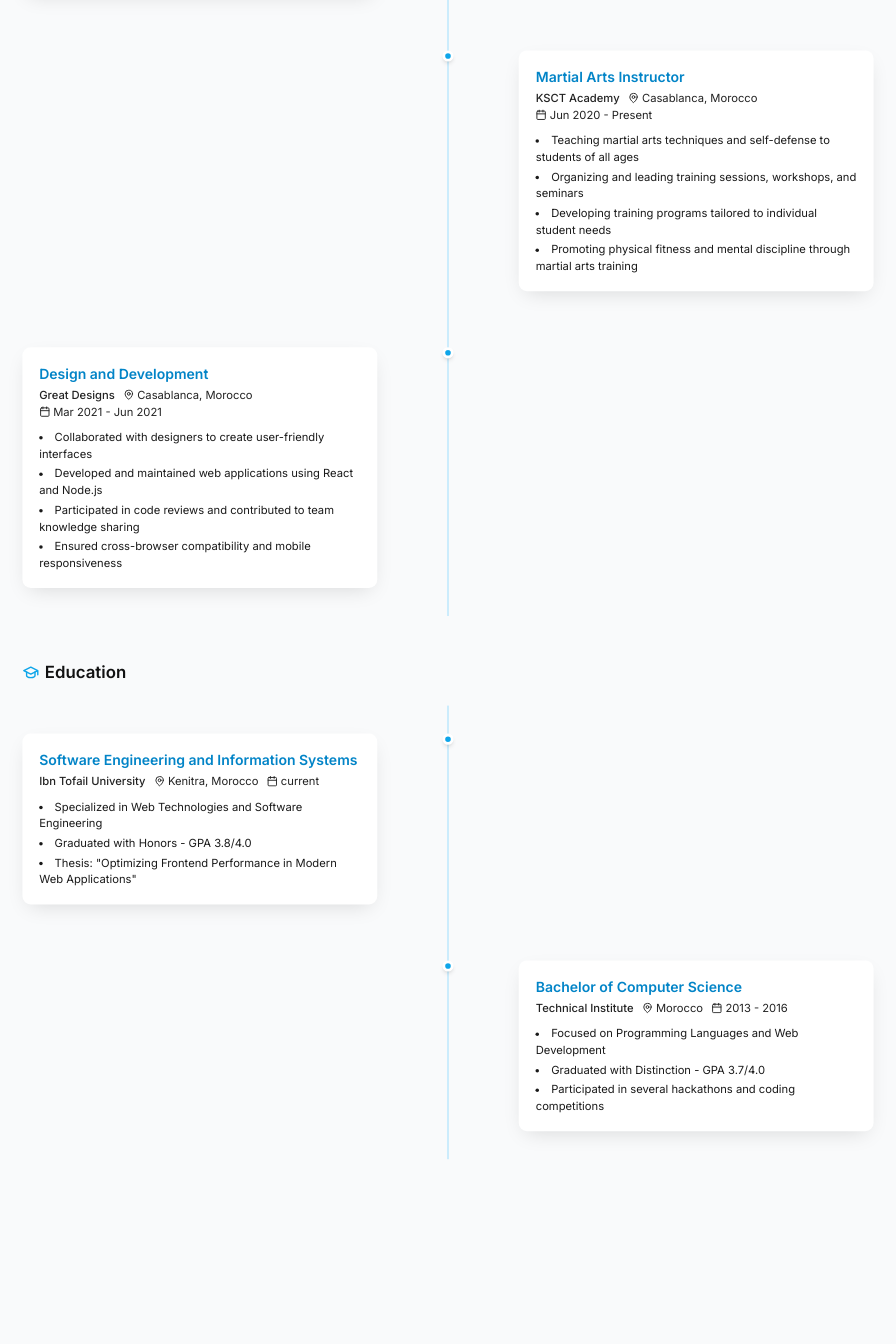
Repository: Abdelilah-Lakrim/Personal_Portfolio
Page: /
The author's editor kept a copy of each file at every save. The page is drawn from the files as they stood at one save, then again after a run of saves.
The browser window is 1280 px wide. The pictures show the part of the page from y = 4580 to 6500 px (the page is 7929 px tall before and 7905 px after), at 70% of full size.
The project was rebuilt for these pictures with package versions that can differ from the ones it lists, and the page was loaded fresh each time. Also part of the build but not shown: vite.config.ts.

Above is the page before, as saved 2025-05-21 12:50:34.

### index.html
<!doctype html>
<html lang="en">
  <head>
    <meta charset="UTF-8" />
    <link rel="icon" type="image/svg+xml" href="/favicon.svg" />
    <meta name="viewport" content="width=device-width, initial-scale=1.0" />
    <meta name="description" content="Abdelilah Lakrim - Full Stack Developer Portfolio">
    <title>Abdelilah Lakrim | Full Stack Developer</title>
  </head>
  <body>
    <div id="root"></div>
    <script type="module" src="/src/main.tsx"></script>
  </body>
</html>

### src/App.tsx
import React, { useEffect, useState } from 'react';
import Header from './components/Header';
import Hero from './components/Hero';
import About from './components/About';
import Projects from './components/Projects';
import Experience from './components/Experience';
import Skills from './components/Skills';
import Contact from './components/Contact';
import Footer from './components/Footer';
import Cursor from './components/Cursor';
import ScrollToTop from './components/ScrollToTop';

// Import smooth scrolling
import Lenis from '@studio-freight/lenis';

function App() {
  const [mounted, setMounted] = useState(false);

  useEffect(() => {
    // Initialize smooth scrolling
    const lenis = new Lenis({
      duration: 1.2,
      easing: (t) => Math.min(1, 1.001 - Math.pow(2, -10 * t)),
      orientation: 'vertical',
      gestureOrientation: 'vertical',
      smoothWheel: true,
      smoothTouch: false,
      touchMultiplier: 2,
    });

    function raf(time: number) {
      lenis.raf(time);
      requestAnimationFrame(raf);
    }

    requestAnimationFrame(raf);

    // Add intersection observer for animation on scroll
    const observer = new IntersectionObserver(
      (entries) => {
        entries.forEach((entry) => {
          if (entry.isIntersecting) {
            entry.target.classList.add('animate-visible');
          }
        });
      },
      { threshold: 0.1 }
    );

    const hiddenElements = document.querySelectorAll('.animate-hidden');
    hiddenElements.forEach((el) => observer.observe(el));

    setMounted(true);

    return () => {
      // Cleanup
      hiddenElements.forEach((el) => observer.unobserve(el));
    };
  }, []);

  return (
    <div className="hidden-cursor min-h-screen bg-gray-50">
      {mounted && <Cursor />}
      <Header />
      <main>
        <Hero />
        <About />
        <Skills />
        <Projects />
        <Experience />
        <Contact />
      </main>
      <Footer />
      <ScrollToTop />
    </div>
  );
}

export default App;

### src/index.css
@import url('https://fonts.googleapis.com/css2?family=Inter:wght@300;400;500;600;700&family=Poppins:wght@500;600;700&display=swap');

@tailwind base;
@tailwind components;
@tailwind utilities;

:root {
  --cursor-color: rgba(14, 165, 233, 0.7);
}

* {
  margin: 0;
  padding: 0;
  box-sizing: border-box;
  scroll-behavior: smooth;
}

body {
  @apply bg-gray-50 text-dark-800 font-sans overflow-x-hidden;
}

/* Custom cursor styles */
.custom-cursor {
  position: fixed;
  width: 20px;
  height: 20px;
  border-radius: 50%;
  background-color: var(--cursor-color);
  transform: translate(-50%, -50%);
  pointer-events: none;
  z-index: 9999;
  mix-blend-mode: difference;
  transition: transform 0.2s ease-out, opacity 0.2s ease-out, width 0.2s ease-out, height 0.2s ease-out;
}

.custom-cursor.hover {
  width: 50px;
  height: 50px;
  opacity: 0.5;
}

.hidden-cursor {
  cursor: none;
}

/* Custom scrollbar */
::-webkit-scrollbar {
  width: 8px;
}

::-webkit-scrollbar-track {
  @apply bg-gray-100;
}

::-webkit-scrollbar-thumb {
  @apply bg-primary-500 rounded-full;
}

::-webkit-scrollbar-thumb:hover {
  @apply bg-primary-600;
}

/* Section styles */
.section-container {
  @apply max-w-7xl mx-auto px-4 sm:px-6 lg:px-8 py-20;
}

.section-title {
  @apply text-3xl md:text-4xl lg:text-5xl font-bold font-heading mb-8 text-dark-800 relative;
}

.section-title::after {
  content: '';
  @apply absolute bottom-0 left-0 w-24 h-1 bg-primary-500 mt-2 rounded-full;
}

/* Button styles */
.btn-primary {
  @apply px-6 py-3 bg-primary-500 text-white font-medium rounded-md shadow-md hover:bg-primary-600 transition-all duration-300 transform hover:-translate-y-1 focus:outline-none focus:ring-2 focus:ring-primary-400 focus:ring-opacity-50;
}

.btn-secondary {
  @apply px-6 py-3 bg-transparent border-2 border-primary-500 text-primary-500 font-medium rounded-md shadow-md hover:bg-primary-50 transition-all duration-300 transform hover:-translate-y-1 focus:outline-none focus:ring-2 focus:ring-primary-400 focus:ring-opacity-50;
}

/* 3D card effect */
.tilt-card {
  @apply relative overflow-hidden rounded-xl shadow-smooth bg-white p-6 transition-all duration-300 hover:shadow-neon;
  transform-style: preserve-3d;
  transform: perspective(1000px);
}

.skill-bar {
  @apply h-2 rounded-full bg-gray-200 overflow-hidden mt-2;
}

.skill-progress {
  @apply h-full bg-primary-500 rounded-full;
  transition: width 1.5s ease-in-out;
}

/* Animation classes */
.animate-hidden {
  opacity: 0;
  transform: translateY(30px);
}

.animate-visible {
  opacity: 1;
  transform: translateY(0);
  transition: opacity 0.8s ease, transform 0.8s ease;
}

/* Project card styles */
.project-card {
  @apply relative overflow-hidden rounded-xl shadow-smooth transition-all duration-300;
  transform-style: preserve-3d;
  transform: perspective(1000px);
}

.project-card img {
  @apply transition-all duration-500;
}

.project-card:hover img {
  @apply scale-105;
}

.project-card-content {
  @apply absolute inset-0 p-6 flex flex-col justify-end bg-gradient-to-t from-dark-900/80 to-transparent text-white opacity-0 transition-all duration-300;
}

.project-card:hover .project-card-content {
  @apply opacity-100;
}

/* Timeline styles */
.timeline-container {
  @apply relative;
}

.timeline-container::before {
  content: '';
  @apply absolute left-0 md:left-1/2 h-full w-0.5 bg-primary-200 transform md:-translate-x-1/2;
}

.timeline-item {
  @apply relative pt-10 pb-10;
}

.timeline-dot {
  @apply absolute left-0 md:left-1/2 w-4 h-4 rounded-full bg-primary-500 border-4 border-white shadow-md transform md:-translate-x-1/2 z-10;
}

.timeline-content {
  @apply ml-6 md:ml-0 md:w-5/12 p-6 bg-white rounded-xl shadow-smooth transition-all duration-300 hover:shadow-neon;
}

.timeline-item:nth-child(even) .timeline-content {
  @apply md:ml-auto md:mr-0;
}

.timeline-item:nth-child(odd) .timeline-content {
  @apply md:mr-auto md:ml-0;
}

### src/components/About.tsx
import React from 'react';
import { motion } from 'framer-motion';
import { Code, PaintBucket, Smartphone, Globe } from 'lucide-react';
import { Tilt } from 'react-tilt';

const tiltOptions = {
  max: 15,
  scale: 1.05,
  speed: 1000,
  glare: true,
  "max-glare": 0.1,
};

const About: React.FC = () => {
  const services = [
    {
      title: 'Web Development',
      icon: <Code className="w-10 h-10 text-primary-500" />,
      description:
        'Custom websites with clean code and modern frameworks. Specializing in React, Vue, and Node.js.',
    },
    {
      title: 'UI/UX Design',
      icon: <PaintBucket className="w-10 h-10 text-primary-500" />,
      description:
        'Creative designs that focus on user experience. Wireframing, prototyping, and implementing beautiful interfaces.',
    },
    {
      title: 'Mobile Development',
      icon: <Smartphone className="w-10 h-10 text-primary-500" />,
      description:
        'Native and cross-platform mobile apps for iOS and Android using React Native and Flutter.',
    },
    {
      title: 'E-Commerce Solutions',
      icon: <Globe className="w-10 h-10 text-primary-500" />,
      description:
        'Complete online shopping experiences from product catalogs to secure payment integrations.',
    },
  ];

  return (
    <section id="about" className="py-20">
      <div className="section-container">
        <motion.div
          initial={{ opacity: 0, y: 20 }}
          whileInView={{ opacity: 1, y: 0 }}
          viewport={{ once: true }}
          transition={{ duration: 0.8 }}
          className="animate-hidden"
        >
          <h2 className="section-title">About Me</h2>
          <div className="grid grid-cols-1 lg:grid-cols-2 gap-12 items-center">
            {/* About content */}
            <div>
              <p className="text-lg text-dark-700 mb-6">
                Hi there! I'm <span className="font-semibold text-primary-600">Abdelilah Lakrim</span>, a passionate Full Stack Developer based in Morocco with over 3 years of experience in creating beautiful, functional, and user-centered digital experiences.
              </p>
              <p className="text-lg text-dark-700 mb-6">
                With a strong foundation in both front-end and back-end technologies, I enjoy bringing ideas to life in the browser. My approach combines clean code, intuitive design, and performance optimization to deliver exceptional digital experiences.
              </p>
              <p className="text-lg text-dark-700 mb-8">
                When I'm not coding, you'll find me exploring new technologies, contributing to open-source projects, or enjoying nature. I'm always open to new challenges and opportunities to grow.
              </p>

              {/* Personal details */}
              <div className="grid grid-cols-1 md:grid-cols-2 gap-y-4 gap-x-8 mb-8">
                <div>
                  <h3 className="text-dark-800 font-semiboldi">Name:</h3>
                  <p>Abdelilah Lakrim</p>
                </div>
                <div>
                  <h3 className="text-dark-800 font-semibold">Email:</h3>
                  <p>lakrimabdelilah@gmail.com</p>
                </div>
                <div>
                  <h3 className="text-dark-800 font-semibold">Location:</h3>
                  <p>Casablanca, Morocco</p>
                </div>
                <div>
                  <h3 className="text-dark-800 font-semibold">Availability:</h3>
                  <p>Available for freelance</p>
                </div>
              </div>

              <a href="/abdelilah-lakrim-resume.pdf" className="btn-primary">
                Download Resume
              </a>
            </div>

            {/* Services */}
            <div className="grid grid-cols-1 sm:grid-cols-2 gap-4">
              {services.map((service, index) => (
                <Tilt key={index} options={tiltOptions}>
                  <div className="tilt-card h-full">
                    <div className="mb-4">{service.icon}</div>
                    <h3 className="text-xl font-semibold text-dark-800 mb-2">
                      {service.title}
                    </h3>
                    <p className="text-dark-600">{service.description}</p>
                  </div>
                </Tilt>
              ))}
            </div>
          </div>
        </motion.div>
      </div>
    </section>
  );
};

export default About;

### src/components/Experience.tsx
import React from 'react';
import { motion } from 'framer-motion';
import { Calendar, MapPin, Briefcase } from 'lucide-react';

interface ExperienceItem {
  id: number;
  position: string;
  company: string;
  location: string;
  duration: string;
  description: string[];
}

const Experience: React.FC = () => {
  const experiences: ExperienceItem[] = [
    {
      id: 1,
      position: 'Full Stack Web Developer',
      company: 'LeBahutdesEntrepreneurs.',
      location: 'Paris, France . Remote ',
      duration: 'apr 2025 - Present',
      description: [
        'Building and maintaining responsive web applications',
        'Implemented modern UI/UX designs using React, TypeScript, and Tailwind CSS',
        'Reduced page load time by 40% through code optimization and lazy loading techniques',
        'Integrated third-party APIs and services to extend application functionality',
      ],
    },
    {
      id: 2,
      position: 'Martial Arts Instructor',
      company: 'KSCT Academy',
      location: 'Casablanca, Morocco',
      duration: 'Jun 2020 - Present',
      description: [
        'Teaching martial arts techniques and self-defense to students of all ages',
        'Organizing and leading training sessions, workshops, and seminars',
        'Developing training programs tailored to individual student needs',
        'Promoting physical fitness and mental discipline through martial arts training',
      ],
    },
    {
      id: 3,
      position: 'Design and Development',
      company: 'Great Designs',
      location: 'Casablanca, Morocco',
      duration: 'Mar 2021 - Jun 2021',
      description: [
        'Collaborated with designers to create user-friendly interfaces',
        'Developed and maintained web applications using React and Node.js',
        'Participated in code reviews and contributed to team knowledge sharing',
        'Ensured cross-browser compatibility and mobile responsiveness',
      ],
    },

  ];

  const education = [
    {
      id: 1,
      degree: 'Software Engineering and Information Systems',
      institution: 'Ibn Tofail University',
      location: 'Kenitra, Morocco',
      duration: 'current',
      description: [
        'Specialized in Web Technologies and Software Engineering',
        'Graduated with Honors - GPA 3.8/4.0',
        'Thesis: "Optimizing Frontend Performance in Modern Web Applications"',
      ],
    },
    {
      id: 2,
      degree: 'Bachelor of Computer Science',
      institution: 'Technical Institute',
      location: 'Morocco',
      duration: '2013 - 2016',
      description: [
        'Focused on Programming Languages and Web Development',
        'Graduated with Distinction - GPA 3.7/4.0',
        'Participated in several hackathons and coding competitions',
      ],
    },
  ];

  return (
    <section id="experience" className="py-20 bg-gray-50">
      <div className="section-container">
        <h2 className="section-title">Experience & Education</h2>

        {/* Work Experience */}
        <div className="mb-16">
          <h3 className="text-2xl font-semibold text-dark-800 mb-8 flex items-center">
            <Briefcase className="w-6 h-6 mr-2 text-primary-500" />
            Work Experience
          </h3>

          <div className="timeline-container">
            {experiences.map((exp, index) => (
              <motion.div
                key={exp.id}
                className="timeline-item"
                initial={{ opacity: 0, y: 50 }}
                whileInView={{ opacity: 1, y: 0 }}
                viewport={{ once: true, margin: "-100px" }}
                transition={{ duration: 0.5, delay: index * 0.1 }}
              >
                <div className="timeline-dot"></div>
                <div className="timeline-content">
                  <h4 className="text-xl font-semibold text-primary-600">{exp.position}</h4>
                  <div className="flex flex-wrap items-center text-dark-600 mt-1 mb-3">
                    <span className="font-medium mr-3">{exp.company}</span>
                    <span className="flex items-center mr-3">
                      <MapPin className="w-4 h-4 mr-1" />
                      {exp.location}
                    </span>
                    <span className="flex items-center">
                      <Calendar className="w-4 h-4 mr-1" />
                      {exp.duration}
                    </span>
                  </div>
                  <ul className="list-disc list-inside text-dark-700 space-y-1">
                    {exp.description.map((item, i) => (
                      <li key={i}>{item}</li>
                    ))}
                  </ul>
                </div>
              </motion.div>
            ))}
          </div>
        </div>

        {/* Education */}
        <div>
          <h3 className="text-2xl font-semibold text-dark-800 mb-8 flex items-center">
            <svg
              xmlns="http://www.w3.org/2000/svg"
              className="w-6 h-6 mr-2 text-primary-500"
              viewBox="0 0 24 24"
              fill="none"
              stroke="currentColor"
              strokeWidth="2"
              strokeLinecap="round"
              strokeLinejoin="round"
            >
              <path d="M22 10v6M2 10l10-5 10 5-10 5z"/>
              <path d="M6 12v5c0 2 2 3 6 3s6-1 6-3v-5"/>
            </svg>
            Education
          </h3>

          <div className="timeline-container">
            {education.map((edu, index) => (
              <motion.div
                key={edu.id}
                className="timeline-item"
                initial={{ opacity: 0, y: 50 }}
                whileInView={{ opacity: 1, y: 0 }}
                viewport={{ once: true, margin: "-100px" }}
                transition={{ duration: 0.5, delay: index * 0.1 }}
              >
                <div className="timeline-dot"></div>
                <div className="timeline-content">
                  <h4 className="text-xl font-semibold text-primary-600">{edu.degree}</h4>
                  <div className="flex flex-wrap items-center text-dark-600 mt-1 mb-3">
                    <span className="font-medium mr-3">{edu.institution}</span>
                    <span className="flex items-center mr-3">
                      <MapPin className="w-4 h-4 mr-1" />
                      {edu.location}
                    </span>
                    <span className="flex items-center">
                      <Calendar className="w-4 h-4 mr-1" />
                      {edu.duration}
                    </span>
                  </div>
                  <ul className="list-disc list-inside text-dark-700 space-y-1">
                    {edu.description.map((item, i) => (
                      <li key={i}>{item}</li>
                    ))}
                  </ul>
                </div>
              </motion.div>
            ))}
          </div>
        </div>
      </div>
    </section>
  );
};

export default Experience;

### src/components/Cursor.tsx
import React, { useEffect, useState } from 'react';

const Cursor: React.FC = () => {
  const [position, setPosition] = useState({ x: 0, y: 0 });
  const [hidden, setHidden] = useState(false);
  const [clicked, setClicked] = useState(false);
  const [hovering, setHovering] = useState(false);

  useEffect(() => {
    const updatePosition = (e: MouseEvent) => {
      setPosition({ x: e.clientX, y: e.clientY });
    };

    const handleMouseEnter = () => setHidden(false);
    const handleMouseLeave = () => setHidden(true);
    const handleMouseDown = () => setClicked(true);
    const handleMouseUp = () => setClicked(false);

    const handleLinkHover = () => setHovering(true);
    const handleLinkLeave = () => setHovering(false);

    // Add event listeners
    window.addEventListener('mousemove', updatePosition);
    document.body.addEventListener('mouseenter', handleMouseEnter);
    document.body.addEventListener('mouseleave', handleMouseLeave);
    window.addEventListener('mousedown', handleMouseDown);
    window.addEventListener('mouseup', handleMouseUp);

    // Add hover effect for links and buttons
    const interactiveElements = document.querySelectorAll('a, button, .tilt-card, .project-card');
    interactiveElements.forEach(el => {
      el.addEventListener('mouseenter', handleLinkHover);
      el.addEventListener('mouseleave', handleLinkLeave);
    });

    return () => {
      window.removeEventListener('mousemove', updatePosition);
      document.body.removeEventListener('mouseenter', handleMouseEnter);
      document.body.removeEventListener('mouseleave', handleMouseLeave);
      window.removeEventListener('mousedown', handleMouseDown);
      window.removeEventListener('mouseup', handleMouseUp);

      interactiveElements.forEach(el => {
        el.removeEventListener('mouseenter', handleLinkHover);
        el.removeEventListener('mouseleave', handleLinkLeave);
      });
    };
  }, []);

  const cursorStyle = {
    left: `${position.x}px`,
    top: `${position.y}px`,
    transform: `translate(-50%, -50%) scale(${clicked ? 0.8 : 1})`,
    opacity: hidden ? 0 : 1,
  };

  const cursorClass = `custom-cursor ${hovering ? 'hover' : ''}`;

  return <div className={cursorClass} style={cursorStyle}></div>;
};

export default Cursor;

### src/components/ScrollToTop.tsx
import React, { useEffect, useState } from 'react';
import { ArrowUp } from 'lucide-react';

const ScrollToTop: React.FC = () => {
  const [isVisible, setIsVisible] = useState(false);

  useEffect(() => {
    const toggleVisibility = () => {
      if (window.scrollY > 500) {
        setIsVisible(true);
      } else {
        setIsVisible(false);
      }
    };

    window.addEventListener('scroll', toggleVisibility);

    return () => window.removeEventListener('scroll', toggleVisibility);
  }, []);

  const scrollToTop = () => {
    window.scrollTo({
      top: 0,
      behavior: 'smooth',
    });
  };

  return (
    <button
      onClick={scrollToTop}
      className={`fixed bottom-8 right-8 p-3 rounded-full bg-primary-500 text-white shadow-lg hover:bg-primary-600 transition-all duration-300 z-50 ${
        isVisible ? 'opacity-100 translate-y-0' : 'opacity-0 translate-y-10 pointer-events-none'
      }`}
      aria-label="Scroll to top"
    >
      <ArrowUp className="w-6 h-6" />
    </button>
  );
};

export default ScrollToTop;

Loaded but not shown: src/main.tsx (common file); tailwind.config.js (95 lines, source omitted); src/components/Projects.tsx (249 lines, source omitted); src/components/Contact.tsx (241 lines, source omitted); src/components/Hero.tsx (178 lines, source omitted); src/components/Footer.tsx (154 lines, source omitted); src/components/Skills.tsx (161 lines, source omitted); src/components/Header.tsx (145 lines, source omitted)

After the next 4 saves:
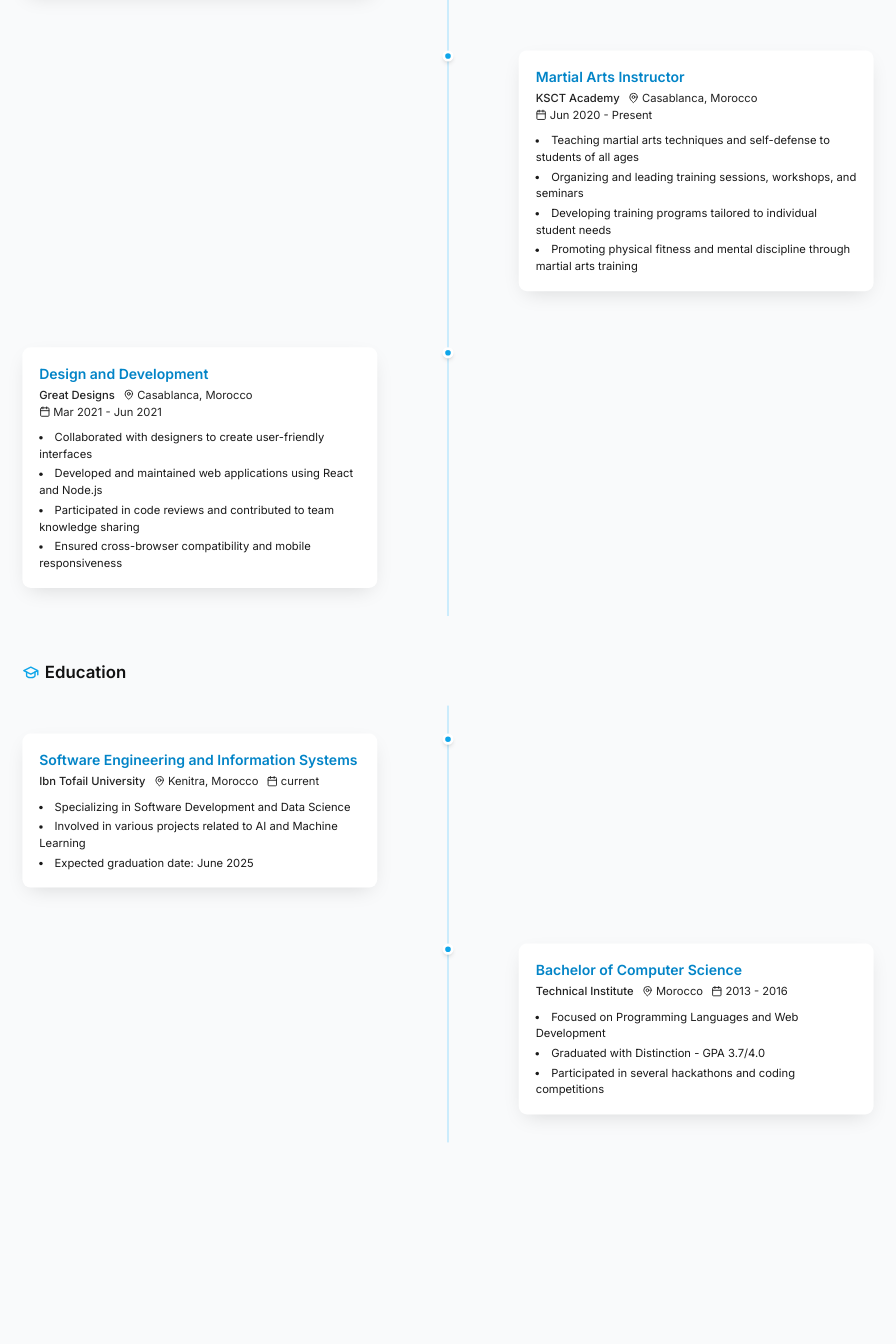
The 4 saves are shown as one change because they came seconds apart.
The last was saved 14 s later.
--- a/src/components/Experience.tsx
+++ b/src/components/Experience.tsx
@@ -63,9 +63,9 @@ const Experience: React.FC = () => {
       location: 'Kenitra, Morocco',
       duration: 'current',
       description: [
-        'Specialized in Web Technologies and Software Engineering',
-        'Graduated with Honors - GPA 3.8/4.0',
-        'Thesis: "Optimizing Frontend Performance in Modern Web Applications"',
+        'Specializing in Software Development and Data Science',
+        'Involved in various projects related to AI and Machine Learning',
+        'Expected graduation date: June 2025',
       ],
     },
     {
